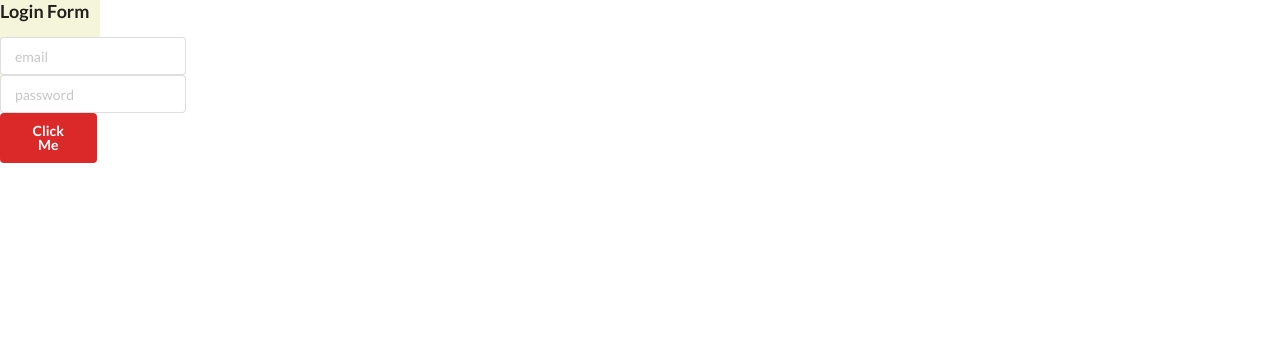
Repository: anagarango/dai-week4-assignment
Page: / (app in dai_web_ex/)
An editor plug-in stored every save of this project. The page is shown before and after the next save, followed by the edit.
The browser window is 1280 px wide. The pictures show the whole page.
The project was rebuilt for these pictures with package versions that can differ from the ones it lists, and the page was loaded fresh each time. The framework's server and built-in components were replaced by stand-ins that run in the browser. Also part of the build but not shown: dai_web_ex/next.config.js.

Above is the page before, as saved 2022-09-26 16:16:35.

After the next save:
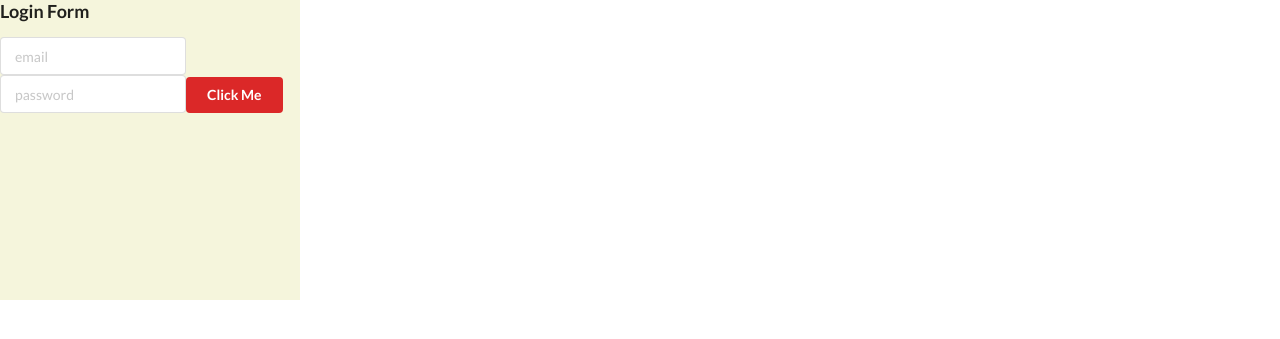
Saved 25 s later.
--- a/dai_web_ex/comps/loginform/index.js
+++ b/dai_web_ex/comps/loginform/index.js
@@ -7,8 +7,8 @@ export default function LoginForm({
 }){
 
   const Box = styled.div`
-    width: 100px;
-    height: 100px;
+    width: 300px;
+    height: 300px;
     background-color: beige
     `
 
